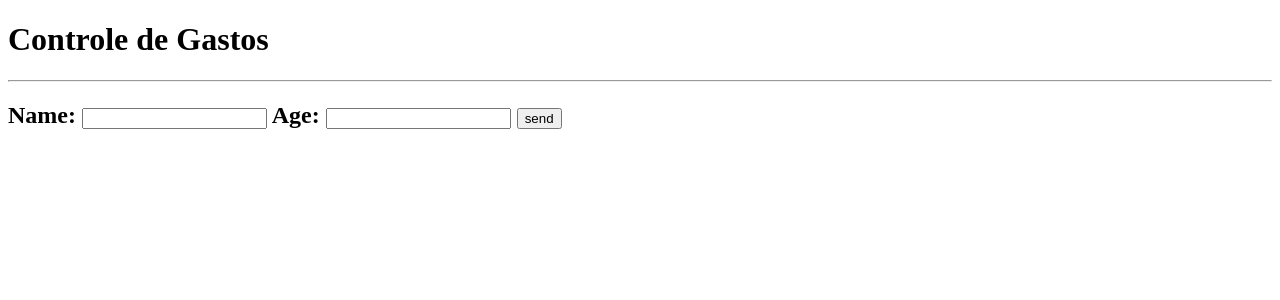
Repository: MarcioFreitasUFSC21/FrontEnd-part-1
Page: index.html
These files come from the project's save history. The page is drawn as it stood at one moment and after the next save; the edit follows.
The browser window is 1280 px wide. The pictures show the whole page.

Above is the page before, as saved 2023-04-22 19:08:23.

After the next save:
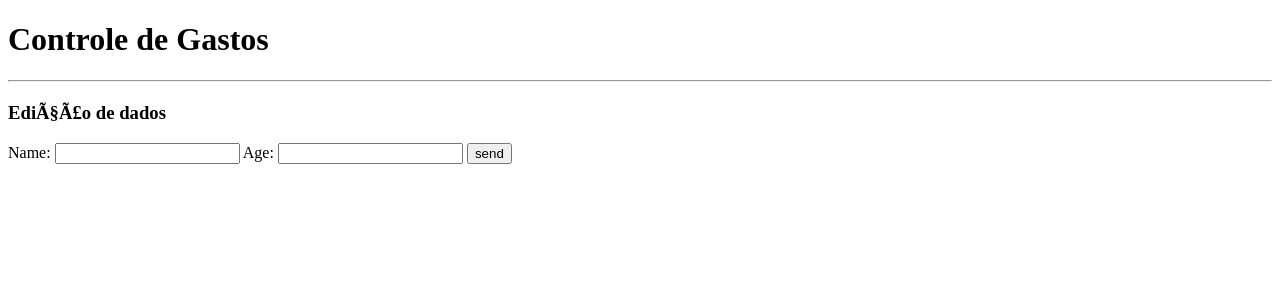
Saved 17 s later.
--- a/index.html
+++ b/index.html
@@ -10,6 +10,7 @@
     <h1> Controle de Gastos</h1>
     <hr>
     <h2>
+        <h3> Edição de dados</h3>
         <label type = "Name"> Name: </label> <input type = "text" ></input>
         <label type = "Name"> Age: </label> <input type = "number" ></input>
         <button type = "submit"> send</button>
